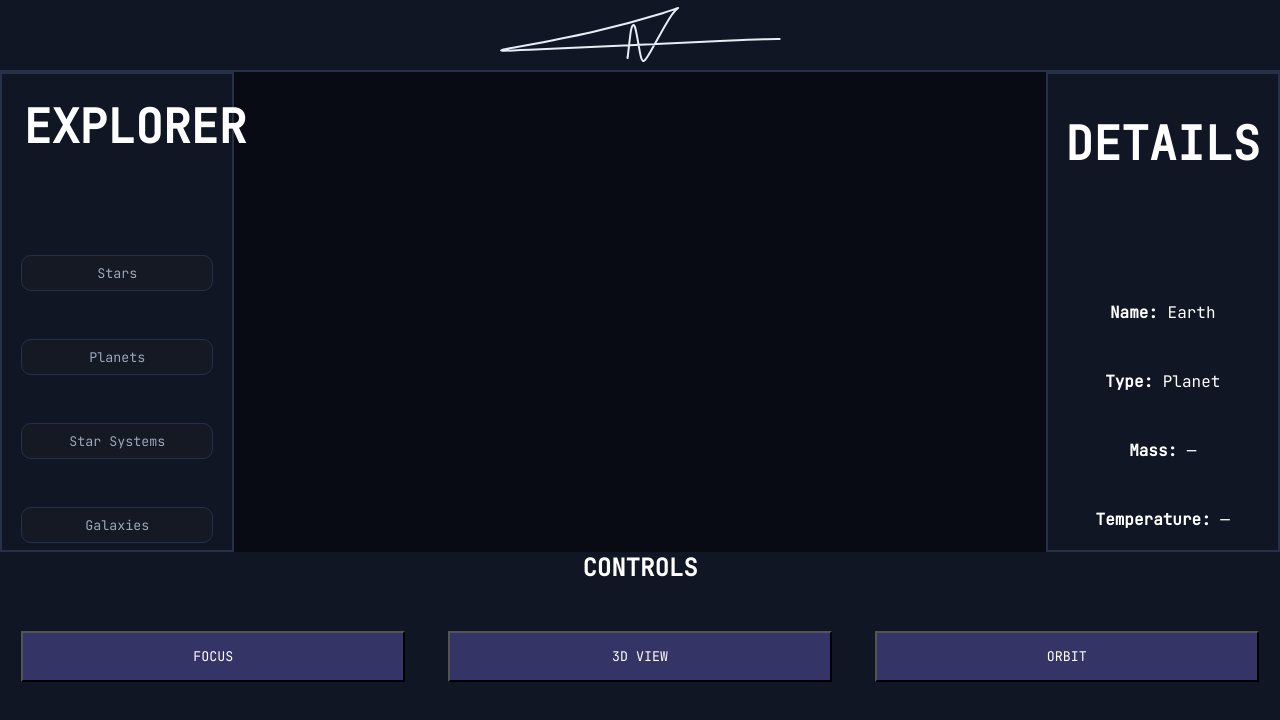
Repository: nico-madruga/Universe
Page: front-end/html/index.html
An editor plug-in stored every save of this project. The page is shown before and after the next save, followed by the edit.
The browser window is 1280 px wide. The pictures show the whole page.

Above is the page before, as saved 2026-09-28 18:07:58.

### front-end/html/index.html
<!DOCTYPE html>
<html lang="en">
<head>
    <meta charset="UTF-8">
    <meta name="viewport" content="width=device-width, initial-scale=1.0">
    <link href='https://fonts.googleapis.com/css?family=JetBrains Mono' rel='stylesheet'>
    <link rel="stylesheet" href="../css/style.css">
    <title>Universe</title>

    <link rel="stylesheet" href="../css/style.css">
</head>

<body>

    <header>
        <img src="/front-end/imgs/Vector 1.svg">
    </header>


    <main class="layout">

        <aside class="sidebar">

            <h2>EXPLORER</h2>

            <nav>
                <button class="standard_button">Stars</button>
                <button class="standard_button">Planets</button>
                <button class="standard_button">Star Systems</button>
                <button class="standard_button">Galaxies</button>
            </nav>

        </aside>


                <div class="star star-1"></div>
                <div class="star star-2"></div>
                <div class="star star-3"></div>

                <div class="planet"></div>

            <section class="object-info">

                <h2>DETAILS</h2>

                <div class="info-grid">

                    <p>
                        <strong>Name:</strong>
                        Earth
                    </p>

                    <p>
                        <strong>Type:</strong>
                        Planet
                    </p>

                    <p>
                        <strong>Mass:</strong>
                        —
                    </p>

                    <p>
                        <strong>Temperature:</strong>
                        —
                    </p>

                </div>

            </section>

        </section>

    </main>

    <footer class="controls">
        <h2>CONTROLS</h2>

        <div class="control-buttons">
            <button class="control-button">FOCUS</button>
            <button class="control-button">3D VIEW</button>
            <button class="control-button">ORBIT</button>
        </div>
    </footer>

</body>
</html>

### front-end/css/style.css
:root
{
    --background-color: #101624;
    --planet-background-color: #080B14;
    --button-color: #2222224D;
    --button-border-color-hovered: #222222;
    --button-color-hovered: #263149BF;
    --panels-color: #101624;
    --panel-borders-color: #263149;
    --main-text-color: #E8ECF4;
    --secondary-text-color: #9AA6BA;
    --primary-accent-color: #4CC9F0;
    --secondary-accent-color: #8B7CFF;
    --control-button-color: #8B7CFF4D;
    --highlight-color: #A9E8FF;
}

*
{
 padding: 0;
 margin: 0;
 color: white;
 font-family: 'JetBrains Mono';
}

header
{
    display: flex;
    padding: 1vh 0;
    background-color: var(--background-color);
    flex-direction: row-reverse;
    justify-content: space-evenly;
    border-bottom: 2px solid var(--panel-borders-color);
}

header input
{
    align-self: center;
    height: 2rem;
}

body
{
    background-color: var(--background-color);
}

.layout
{
    display: flex;
    justify-content: space-between;
    background-color: var(--planet-background-color);
}

.layout .sidebar
{
    display: flex;
    flex-direction: column;
    text-align: center;
    width: 18vw;
    height: 66vh;
    border: 2px solid var(--panel-borders-color);
    background-color: var(--panels-color);
}

.sidebar h2
{
    padding: 3vh;
    font-size: 2.9rem;
    font-style: normal;
}

.sidebar nav
{
    display: flex;
    flex-direction: column;
    gap: 48px;
    padding-top: 4.8rem;
}

.standard_button
{
    align-self: center;
    width: 15vw;
    height: 5vh;
    background-color: var(--button-color);
    border: 1px solid var(--panel-borders-color);
    border-style: solid;
    color: var(--secondary-text-color);
    border-radius: 10px;
}

.standard_button:hover
{
    border: 1px solid var(--button-border-color-hovered);
    background-color: var(--button-color-hovered);
    color: var(--secondary-accent-color)
}

.content
{
    display: flex;
}

.content .space
{
    background-color: var(--planet-background-color);
    width: 100%;
}

.layout .object-info
{
    display: flex;
    flex-direction: column;
    padding-top: 2.4rem;
    text-align: center;
    gap: 48px;
    width: 18vw;
    border: 2px solid var(--panel-borders-color);
    background-color: var(--panels-color);
}

.layout .object-info h2
{
    font-size: 2.9rem;
}

.layout .object-info .info-grid
{
    display: flex;
    flex-direction: column;
    padding-top: 5rem;
    gap: 48px;
}

.controls
{
    display: flex;
    flex-direction: column;
    gap: 3rem;
    text-align: center;
}

.control-buttons
{
    display: flex;
    justify-content: space-around;
}

.control-button
{
    background-color: var(--control-button-color);
    width: 30vw;
    height: 4vw;
}

After the next save:
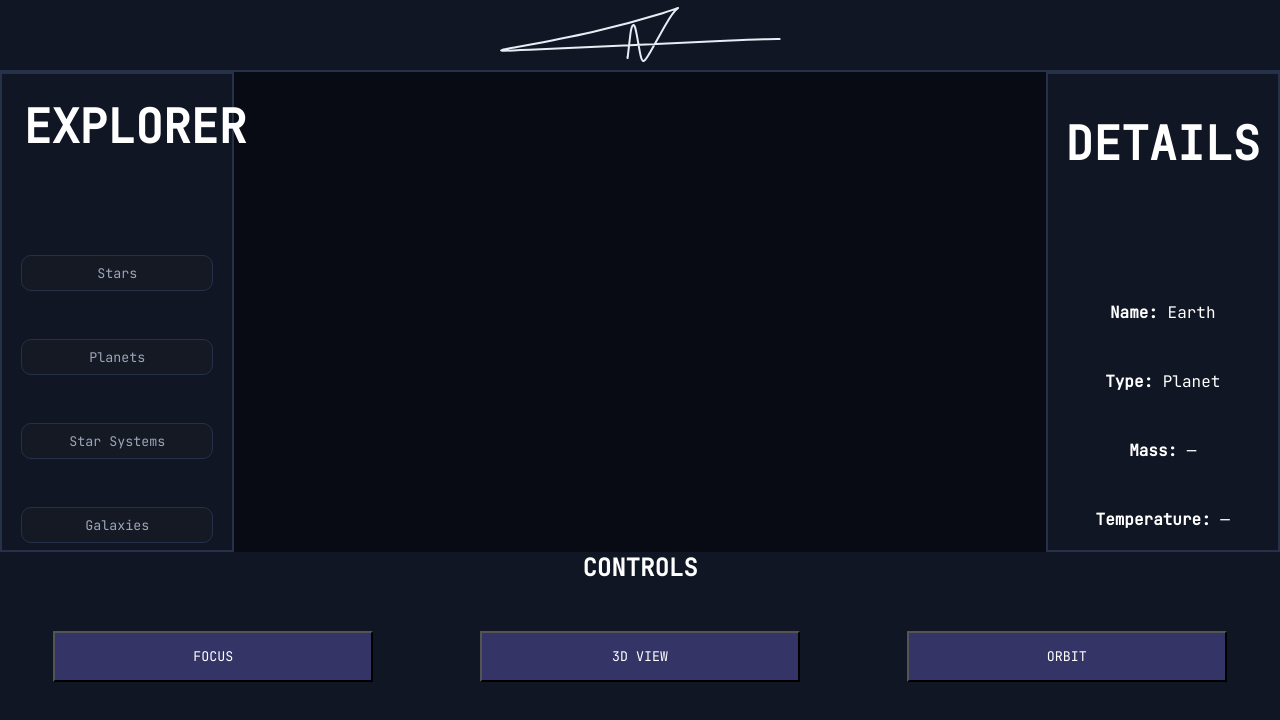
Saved 4 s later.
--- a/front-end/css/style.css
+++ b/front-end/css/style.css
@@ -149,6 +149,6 @@ body
 .control-button
 {
     background-color: var(--control-button-color);
-    width: 30vw;
+    width: 25vw;
     height: 4vw;
 }
